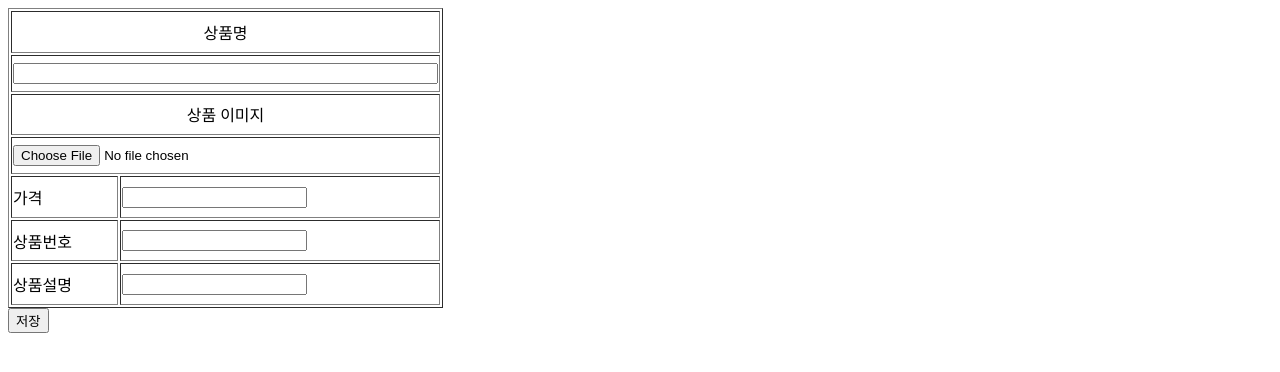
Repository: gunvv00/Java_practice
Page: html_work/html01/WebContent/goods.html
These files come from the project's save history. The page is drawn as it stood at one moment and after the next save; the edit follows.
The browser window is 1280 px wide. The pictures show the whole page.

Above is the page before, as saved 2020-01-02 07:35:26.

### html_work/html01/WebContent/goods.html
<!DOCTYPE html>
<html>
<head>
<meta charset="UTF-8">
<title>상품등록</title>
</head>
<body>
<form action = "good.jsp" method = "post">
	<TABLE Border = 1 height = 300 width = 300 >
		<tr>
			<td align = "center" colspan = "2">상품명</td>
		</tr>
		<tr>
			<td align = "center" colspan = "2"><input type = "product" name="" value = ""  size = "50"></td>
		</tr>
		<tr>
			<td align = "center" colspan = "2">상품 이미지</td>
		</tr>
		<tr>
			<td colspan = "2"><input type='file' name='file' value ="" /></td>
		</tr>
		<tr>
			<td>가격</td>
			<td><input type = "price" name="" value = "" ></td>
		</tr>
		<tr>
			<td>상품번호</td>
			<td><input type = "produtNumber" name="" value = "" ></td>
		</tr>
		<tr>
			<td>상품설명</td>
			<td><input type = "explain" name="" value = "" ></td>
		</tr>
	</TABLE>

	<input type = "submit" value = "저장"
	/>


</body>
</html>

After the next save:
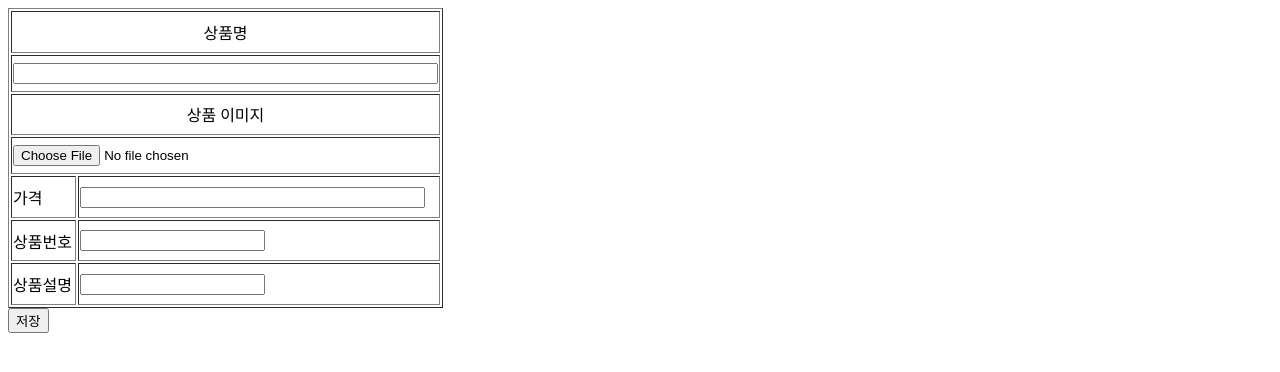
Saved 16 s later.
--- a/html_work/html01/WebContent/goods.html
+++ b/html_work/html01/WebContent/goods.html
@@ -21,7 +21,7 @@
 		</tr>
 		<tr>
 			<td>가격</td>
-			<td><input type = "price" name="" value = "" ></td>
+			<td><input type = "price" name="" value = "" size = "40" ></td>
 		</tr>
 		<tr>
 			<td>상품번호</td>
